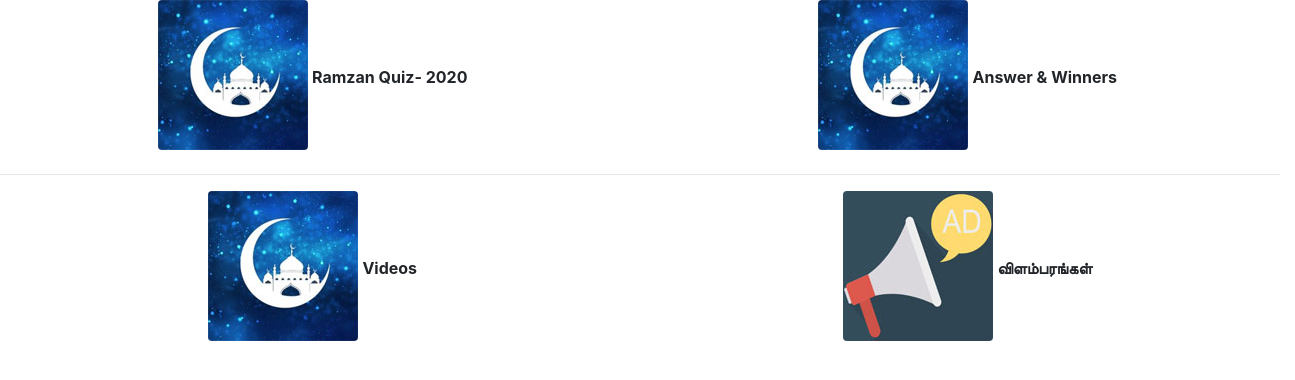
Repository: rsusolutions/RSU-Website
Page: quiz/index.html
An editor plug-in stored every save of this project. The page is shown before and after the next save, followed by the edit.
The browser window is 1280 px wide. The page is 1295 px wide, so the pictures cover 1295 px, including what lies to the right of the window. The pictures show the whole page.
Some web libraries are served in a nearby version.

Above is the page before, as saved 2020-04-21 20:43:18.

After the next save:
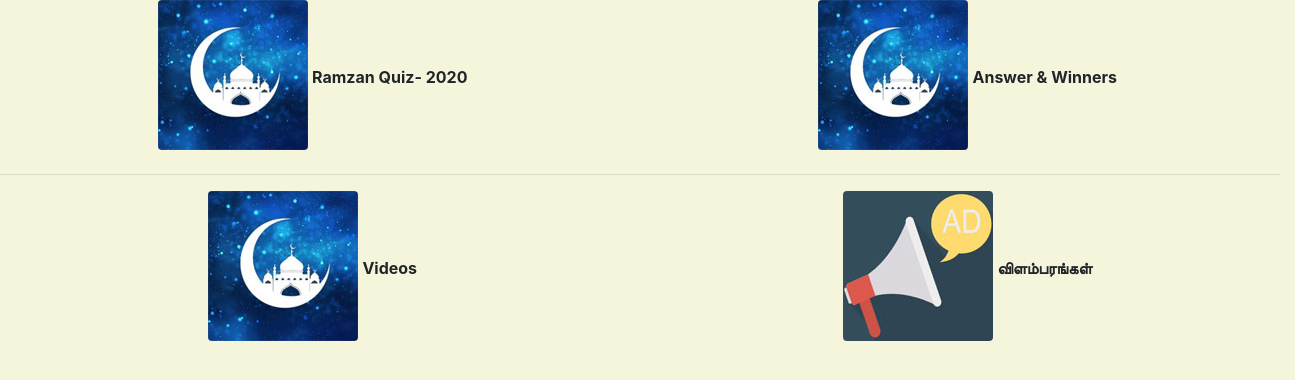
Saved 3 min 42 s later.
--- a/quiz/index.html
+++ b/quiz/index.html
@@ -12,7 +12,7 @@
 
     <title>quiz</title>
   </head>
-  <body>
+  <body style="background: beige;">
     <section class="section-preview ">
 
  <div class="row">
